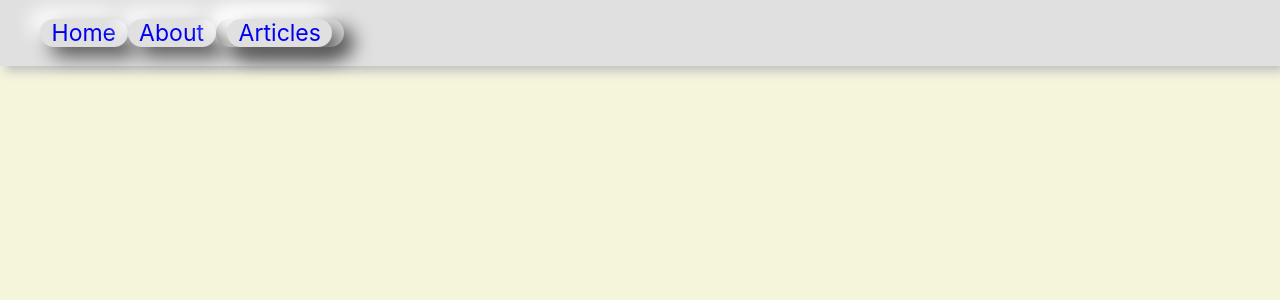
Repository: ShindanoSingi/react-software-architecture-course
Page: /articles
The author's editor kept a copy of each file at every save. The page is drawn from the files as they stood at one save, then again after the next save.
The browser window is 1280 px wide. The pictures show the whole page.
The project was rebuilt for these pictures with package versions that can differ from the ones it lists, and the page was loaded fresh each time. Also part of the build but not shown: src/pages/Home.js, src/pages/About.js.

Above is the page before, as saved 2022-12-25 20:32:36.

### src/App.js
import './App.css';
import { Routes, Route, NavLink } from 'react-router-dom';
import Home from './pages/Home';
import About from './pages/About';
import Articles from './pages/Articles';


function App() {

  return (
    <>
      <nav className='nav-bar'>
      <ul className='list-container'>
        <NavLink to='/' className={({isActive}) => isActive ? "is-active" : null}>
          <li className='home'>Home</li>
        </NavLink>

        <NavLink to='/about' className={({isActive}) => isActive ? "is-active" : null}>
          <li className='about'>About</li>
        </NavLink>

        <NavLink to='/articles' className={({isActive}) => isActive ? "is-active" : null}>
          <li className='articles'>Articles</li>
        </NavLink>
      </ul>
    </nav>
      <Routes>
        <Route path='/' element={<Home />}/>
        <Route path='about' element={<About />}/>
        <Route path='articles' element={<Articles />}/>
      </Routes>
    </>
  );
}

export default App;

### src/App.css
h1 {
    text-align: center;
    margin: 0rem;
    padding: 0.5em;
}

.home,
.about,
.articles {
    border-radius: 205px;
    background: #e0e0e0;
    box-shadow: 10px 10px 19px #5a5a5a,
        -10px -10px 19px #ffffff;
        padding: 0 0.5em;
}



.is-active {
    border-radius: 205px;
    box-shadow: 10px 10px 19px #5a5a5a,
    -10px -10px 19px #ffffff;
    padding: 0 0.5em;
}

.list-container,
a {
    font-size: 1.2em;
    list-style: none;
    text-decoration: none;
    display: flex;
}

.nav-bar {
    position: fixed;
    width: 100%;
    top: 0;
    border-radius: 0px;
    background: #e0e0e0;
    box-shadow: 5px 5px 10px #bebebe,
        -5px -5px 10px #ffffff;
}

.container {
    max-width: 80em;
    background-color: beige;
    margin: 0 auto;
    height: 100vh;
}

### src/pages/Articles.js
import React from 'react'

function Articles() {
  return (
    <div className='container'>
      <h1>Articles</h1>
    </div>
  )
}

export default Articles

Loaded but not shown: public/index.html (common file); src/index.js (common file); src/index.css (common file); src/reportWebVitals.js (common file)

After the next save:
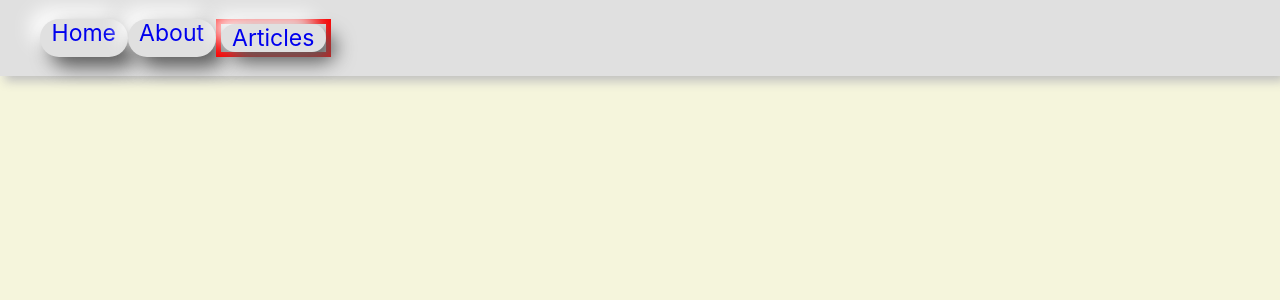
Saved 2 min 6 s later.
--- a/src/App.css
+++ b/src/App.css
@@ -17,10 +17,7 @@ h1 {
 
 
 .is-active {
-    border-radius: 205px;
-    box-shadow: 10px 10px 19px #5a5a5a,
-    -10px -10px 19px #ffffff;
-    padding: 0 0.5em;
+   border: 5px solid red;
 }
 
 .list-container,
